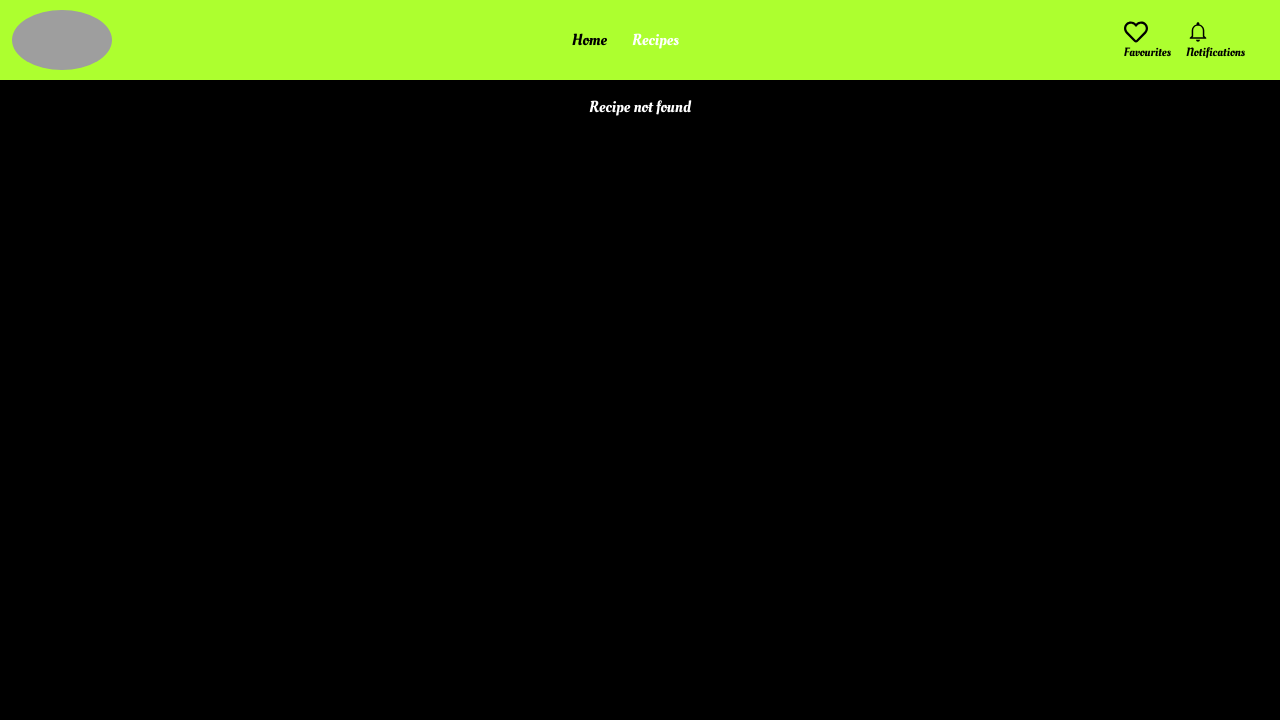
Repository: KaraboM20/foodify-app-project-by-MmakoKay
Page: /recipes
An editor plug-in stored every save of this project. The page is shown before and after a run of saves, followed by the edit.
The browser window is 1280 px wide. The pictures show the whole page.
Pictures or frames that could not be fetched are drawn as grey boxes. The page's requests for data from a server got no answer. The project was rebuilt for these pictures with package versions that can differ from the ones it lists, and the page was loaded fresh each time. No one was signed in, and anything a server would have sent is missing. Also part of the build but not shown: src/Pages/Home.css, src/Pages/RecipeLists.css, src/Pages/RecipeLists.js, src/components/Searchbox.css, src/components/Searchbox.js, src/Pages/Home.js, src/Pages/Favourites.css, src/Pages/Favourites.js and 4 more.

Above is the page before, as saved 2025-03-16 19:28:40.

### src/index.js
import React from 'react';
import ReactDOM from 'react-dom/client';
import './index.css';
import App from './App';
import reportWebVitals from './reportWebVitals';
import { BrowserRouter } from 'react-router-dom'
import { RecipeProvider } from './context/RecipeContext';

const root = ReactDOM.createRoot(document.getElementById('root'));
root.render(
  <BrowserRouter>
  <RecipeProvider>
    <App />
  </RecipeProvider>
  </BrowserRouter>
);

// If you want to start measuring performance in your app, pass a function
// to log results (for example: reportWebVitals(console.log))
// or send to an analytics endpoint. Learn more: https://bit.ly/CRA-vitals
reportWebVitals();

### src/index.css
/* Font-import */
@import url('https://fonts.googleapis.com/css2?family=Oleo+Script:wght@400;700&display=swap');

/* The whole body style */
* {
  box-sizing: border-box;
}

html {
  font-family: "Oleo Script", system-ui;;
}

body {
  margin: 0;
  color: white;
  background-color: black;
}


main {
  margin-top: 1rem;
  text-align: center;
}

### src/App.js
import './App.css';
import { Route, Switch } from 'react-router-dom';
import Home from './Pages/Home';
import RecipeLists from './Pages/RecipeLists';
import Favourites from './Pages/Favourites';
import RecipeDetails from './Pages/RecipeDetails';
import Header from './components/Header';
import { Redirect } from 'react-router-dom/cjs/react-router-dom.min';
import Notifications from './Pages/Notifications';
import { RecipeProvider } from './context/RecipeContext';
import Recipes from './Pages/Recipes';



const App = () => {
  return (

    <div>
      <RecipeProvider>
       <Header />
      <main>
        <Switch>
          <Route path='/' exact>
          <Redirect to='/home' />
          </Route>
          <Route path='/home'>
          <Home />
          </Route>
          <Route path='/recipes'>
          <Recipes />
          </Route>
          <Route path='/recipe'>
          <RecipeLists />
          </Route>
          <Route path='/recipe/:id'>
          <RecipeDetails />
          </Route>
          <Route path='/favourites'>
          <Favourites />
          </Route>
          <Route path='/notifications'>
          <Notifications />
          </Route>
        </Switch>
        </main>
      </RecipeProvider>


    </div>
  );
}

export default App;

### src/context/RecipeContext.js
import React, { createContext, useState } from "react";
import { fetchRecipes } from "../api/recipeApi";

export const RecipeContext = createContext();

export const RecipeProvider = ({ children }) => {
  const [recipes, setRecipes] = useState([]);
  const [isSearching, setIsSearching] = useState(false);
  const [query, setQuery] = useState("");


  const searchRecipes = async (searchQuery) => {
    setIsSearching(true);
    setQuery(searchQuery);
    try {
      const data = await fetchRecipes("", searchQuery);
      console.log("Search results:", data);
      setRecipes(data); // Update recipes
    } catch (error) {
      console.error("Search error:", error);
      setRecipes([]);
    }
  };

  return (
    <RecipeContext.Provider value={{ recipes, setRecipes, isSearching, setIsSearching, query, setQuery, searchRecipes }}>
      {children}
    </RecipeContext.Provider>
  );
};

### src/components/Header.js
import React from 'react';
import { NavLink } from 'react-router-dom';
import './Header.css';
import { FaRegHeart } from 'react-icons/fa';  // Import Heart icon
import { IoMdNotificationsOutline } from 'react-icons/io'; // Import Notification icon



const Header = () => {

  return (
    <div className='header'>
      {/* Logo */}
        <img
      className='header_logo'
      src='https://encrypted-tbn0.gstatic.com/images?q=tbn:ANd9GcQP36DaEnA76M-Y2L_VyAHqiLdvUGmNwxAFUA&s' alt="Foodify logo" />

      <div className='nav-pages'>
        <ul>
          <li>
            <NavLink to='./home'>Home</NavLink>
          </li>
          <li>
            <NavLink to='./recipes'>Recipes</NavLink>
          </li>
        </ul>
      </div>

      {/* Header-icons */}
      <div className="header_option">
          <NavLink activeClassName='active' to='/favourites'><span className='header-option1'><FaRegHeart title="Favourites" />Favourites</span></NavLink>
          <NavLink activeClassName='active' to='/notifications'><span className='header-option2'><IoMdNotificationsOutline title="notification"/>Notifications</span></NavLink>
     </div>
    </div>
  );
};

export default Header

### src/Pages/Recipes.js
import React, { useEffect, useState } from 'react';
import { useParams } from 'react-router-dom'; // To get the _id from URL
import { fetchRecipes } from '../api/recipeApi'; // Adjust path if needed
import './RecipeDetails.css'; // Create this for styling

const RecipeDetails = () => {
  const { id } = useParams(); // Get recipe _id from URL (e.g., /recipe/12345)
  const [recipe, setRecipe] = useState(null);
  const [loading, setLoading] = useState(true);
  const [error, setError] = useState(null);

  useEffect(() => {
    const fetchRecipeDetails = async () => {
      try {

        const allRecipes = await fetchRecipes("");
        const selectedRecipe = allRecipes.find((r) => r._id === id);

        if (selectedRecipe) {
          setRecipe(selectedRecipe);
        } else {
          setError("Recipe not found");
        }
      } catch (err) {
        setError("Failed to load recipe details");
        console.error("Error fetching recipe:", err);
      } finally {
        setLoading(false);
      }
    };

    fetchRecipeDetails();
  }, [id]);

  if (loading) return <div>Loading...</div>;
  if (error) return <div>{error}</div>;
  if (!recipe) return <div>No recipe found</div>;

  return (
    <div className="recipe-details">
      <h1>{recipe.name}</h1>
      <img src={recipe.image} alt={recipe.name} className="recipe-image" />
      <h3>Category: {recipe.category}</h3>
      <h3>Ingredients:</h3>
      <ul>
        {recipe.ingredients.map((ingredient, index) => (
          <li key={index}>{ingredient}</li>
        ))}
      </ul>
      <h3>Instructions:</h3>
      <p>{recipe.instructions}</p>
    </div>
  );
};

export default RecipeDetails;

### src/api/recipeApi.js
import axios from "axios";

// Fetch Recipes API
const API_BASE_URL = "http://localhost:3000/recipes";


export const fetchRecipes = async (category = "", query = "") => {
    try {
      const response = await axios.get(API_BASE_URL, {
        params: { category, search: query },
      });
      return response.data;
    } catch (error) {
      console.error("Error fetching recipes:", error);
      return [];
    }
  };

### src/components/Header.css
.header {
    width: 100%;
    height: 5rem;
    display:flex;
    justify-content: space-between;
    align-items:center;
    background-color: greenyellow;
    position: sticky;
    top: 0;
    z-index: 100;
}

.header_logo {
    width:100px;
    height: 60px;
    margin-left: 0;
    border-radius: 80%;
    margin-left: 12px;

}

.nav-pages ul{
    display: flex;
    list-style: none;

}

.nav-pages li{
    margin-right: 25px;
}

.nav-pages a {
    border-bottom: 2px solid transparent;
}

.nav-pages a:hover {
    border-bottom: 2px solid white;
}

.header_option {
    display: flex;
    margin-right: 20px;
    color: black;
    font-size: 12px;
}

.header_option svg {
    font-size: 24px;
}

.header-option1 {
    margin-right: 15px;
    display: grid;
    cursor: pointer;
}

.header-option1:hover {
    color: white;
}

.header-option2 {
    margin-right: 15px;
    display: grid;
    cursor: pointer;
}

.header-option2:hover {
    color: white;
}

.header-option3 {
    display: grid;
    cursor: pointer;
}

.header-option3:hover {
    color: white;
}

.header a {
    color: black;
    text-decoration: none;
    cursor: pointer;
}

.header a:hover, .header a:active, .header a.active{
    color: white;
}

### src/Pages/Recipes.css
.recipes-container {
    display: grid;
    padding: 20px;
    background-color: greenyellow; /* Light background */
    min-height: 100vh;
  }

  h2 {
    font-size: 2rem;
    margin-bottom: 20px;
    color: black;
    text-align: center;
    align-items: center;
  }

  .recipes-list {
    display: grid;
    grid-template-columns: repeat(auto-fit, minmax(250px, 1fr)); /* Responsive grid */
    gap: 20px;
    justify-content: center;
    padding: 20px;
  }

  .recipes-card {
    background: #fff;
    border-radius: 10px;
    box-shadow: 0 4px 6px rgba(0, 0, 0, 0.1);
    padding: 15px;
    text-align: center;
    transition: transform 0.3s ease-in-out;
  }

  .recipes-card:hover {
    transform: translateY(-9px);
  }

  .recipes-image {
    width: 100%;
    height: 200px;
    object-fit: cover;
    border-radius: 8px;
  }

  h3 {
    font-size: 1.2rem;
    margin: 10px 0;
    color: #444;
  }

  @media (max-width: 768px) {
    .recipes-list {
      grid-template-columns: repeat(auto-fit, minmax(180px, 1fr));
    }
  }

Loaded but not shown: public/index.html (common file); src/reportWebVitals.js (common file); src/App.css (no stored copy; drawn as an empty file)

After the next 2 saves:
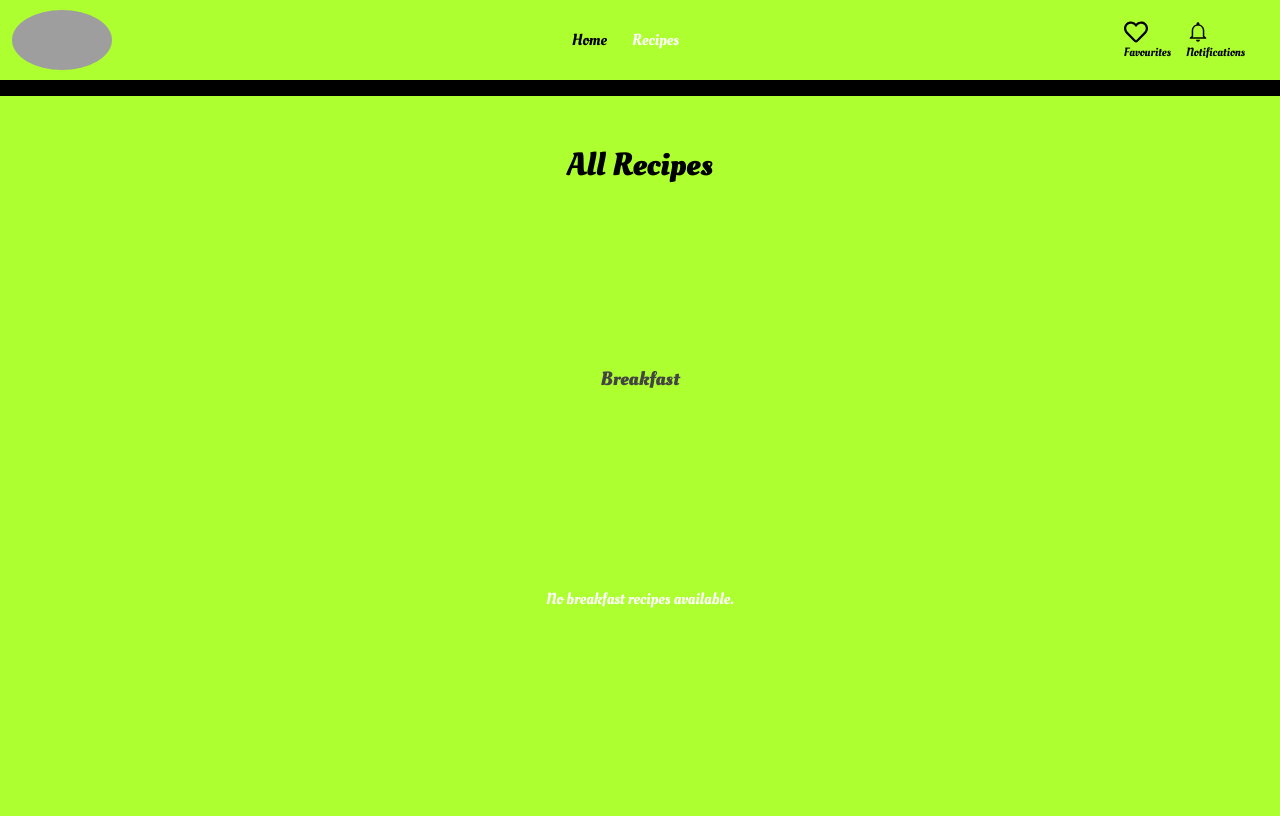
The 2 saves are shown as one change because they came seconds apart.
The last was saved 71 s later.
--- a/src/Pages/Recipes.js
+++ b/src/Pages/Recipes.js
@@ -1,56 +1,88 @@
 import React, { useEffect, useState } from 'react';
-import { useParams } from 'react-router-dom'; // To get the _id from URL
-import { fetchRecipes } from '../api/recipeApi'; // Adjust path if needed
-import './RecipeDetails.css'; // Create this for styling
+import { fetchRecipes } from "../api/recipeApi";
+import { Link } from 'react-router-dom';
+import "./Recipes.css";
+import { FaRegHeart } from 'react-icons/fa';
 
-const RecipeDetails = () => {
-  const { id } = useParams(); // Get recipe _id from URL (e.g., /recipe/12345)
-  const [recipe, setRecipe] = useState(null);
-  const [loading, setLoading] = useState(true);
-  const [error, setError] = useState(null);
+const Recipes = () => {
+  const [allRecipes, setAllRecipes] = useState([]);
+  const [groupedRecipes, setGroupedRecipes] = useState({
+    breakfast: [],
+    lunch: [],
+    dinner: [],
+    dessert: [],
+  });
 
   useEffect(() => {
-    const fetchRecipeDetails = async () => {
+    const loadRecipes = async () => {
       try {
-
-        const allRecipes = await fetchRecipes("");
-        const selectedRecipe = allRecipes.find((r) => r._id === id);
-
-        if (selectedRecipe) {
-          setRecipe(selectedRecipe);
-        } else {
-          setError("Recipe not found");
-        }
-      } catch (err) {
-        setError("Failed to load recipe details");
-        console.error("Error fetching recipe:", err);
-      } finally {
-        setLoading(false);
+        const data = await fetchRecipes(""); // Fetch all recipes
+        console.log("Fetched recipes:", data); // Debug the data
+        setAllRecipes(data);
+      } catch (error) {
+        console.error("Error loading recipes:", error);
       }
     };
 
-    fetchRecipeDetails();
-  }, [id]);
+    loadRecipes();
+  }, []);
 
-  if (loading) return <div>Loading...</div>;
-  if (error) return <div>{error}</div>;
-  if (!recipe) return <div>No recipe found</div>;
+  useEffect(() => {
+    if (allRecipes.length > 0) {
+      const grouped = {
+        breakfast: [],
+        lunch: [],
+        dinner: [],
+        dessert: [],
+      };
+
+      allRecipes.forEach((recipe) => {
+        if (recipe.category) {
+          if (recipe.category === 'breakfast') {
+            grouped.breakfast.push(recipe);
+          } else if (recipe.category === 'lunch') {
+            grouped.lunch.push(recipe);
+          } else if (recipe.category === 'dinner') {
+            grouped.dinner.push(recipe);
+          } else if (recipe.category === 'dessert') {
+            grouped.dessert.push(recipe);
+          }
+        }
+      });
+
+      setGroupedRecipes(grouped);
+    }
+  }, [allRecipes]);
 
   return (
-    <div className="recipe-details">
-      <h1>{recipe.name}</h1>
-      <img src={recipe.image} alt={recipe.name} className="recipe-image" />
-      <h3>Category: {recipe.category}</h3>
-      <h3>Ingredients:</h3>
-      <ul>
-        {recipe.ingredients.map((ingredient, index) => (
-          <li key={index}>{ingredient}</li>
-        ))}
-      </ul>
-      <h3>Instructions:</h3>
-      <p>{recipe.instructions}</p>
+    <div className="recipes-container">
+      <h2>All Recipes</h2>
+      {/* Breakfast Section */}
+      <h3>Breakfast</h3>
+      <div className="recipes-list">
+        {groupedRecipes.breakfast.length === 0 ? (
+          <p>No breakfast recipes available.</p>
+        ) : (
+          groupedRecipes.breakfast.map((recipe) => (
+            <div key={recipe._id} className="recipes-card">
+              <img src={recipe.image} alt={recipe.name} className="recipe-image" />
+              <h3>{recipe.name}</h3>
+              <span className="recipe-icons">
+                <Link to={`/recipe/${recipe._id}`}>
+                  <button className="recipe-link">View Details</button>
+                </Link>
+                <Link to='/favourites' className="recipe-icon">
+                  <FaRegHeart />
+                </Link>
+              </span>
+            </div>
+          ))
+        )}
+      </div>
+      {/* Repeat for lunch, dinner, dessert sections */}
+      {/* ... (keeping your existing code for brevity) */}
     </div>
   );
 };
 
-export default RecipeDetails;
+export default Recipes;
